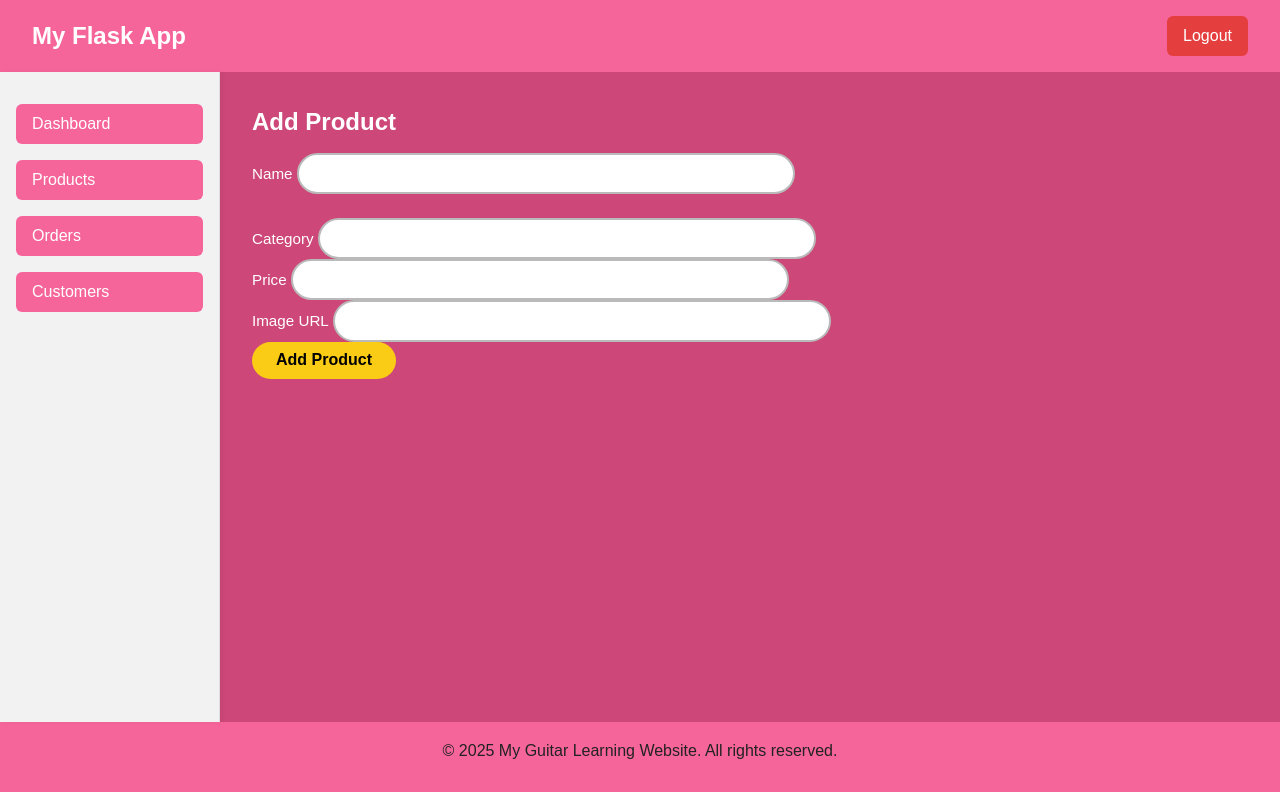
Repository: rywkoo/LearnGuitar
Page: templates/admin/addproduct.html
An editor plug-in stored every save of this project. The page is shown before and after the next save, followed by the edit.
The browser window is 1280 px wide. The pictures show the whole page.
The page is served by the project's application, run on Flask 3 (app.py). Other server files are loaded and not shown. The template is opened directly, without the code that normally fills it, so the values that code supplies are empty.

Above is the page before, as saved 2025-08-25 19:57:47.

### templates/admin/addproduct.html
{% extends "admin/admin_master.html" %}

{% block main_content %}


<div  class="container mt-2">
    <h2 style="color: white;">Add Product</h2>
    <form method="POST">
        <div class="mb-3">
            <label style="color: white;">Name</label>
            <input class="input" style="width: 50%;" type="text" name="name" class="form-control" required>
        </div>
    </br>
        <div class="mb-3">
            <label style="color: white;" >Category</label>
            <input class="input" style="width: 50%;" type="text" name="category" class="form-control" required>
        </div>
        <div class="mb-3">
            <label style="color: white;" >Price</label>
            <input class="input" style="width: 50%;" type="number" name="price" class="form-control" required>
        </div>
        <div class="mb-3">
            <label style="color: white;">Image URL</label>
            <input class="input" style="width: 50%;" type="text" name="image" class="form-control" required>
        </div>
        <button class="btn btn-primary" type="submit">Add Product</button>
    </form>
</div>
{% endblock %}

### templates/admin/admin_master.html
<!DOCTYPE html>
<html lang="en">
<head>
  <meta charset="UTF-8">
  <title>{% block title %}My Flask App{% endblock %}</title>
  {% include "css.html" %}
</head>
<body style="margin:0; font-family: sans-serif;">

  <!-- ===== Navbar ===== -->
  <nav style="padding: 1rem 2rem; display: flex; justify-content: space-between; align-items: center; background: #f6659a; color:white;">
    <div class="logo" style="font-weight: 700; font-size: 1.5rem;">My Flask App</div>
    <div class="nav-links" style="display: flex; gap:5px;">
      <a href="/logout" style="padding: 0.5rem 1rem; background: #e53e3e; color:white; border-radius: 6px; text-decoration:none;">Logout</a>
    </div>
  </nav>

  <!-- ===== Layout Wrapper ===== -->
  <div style="display: flex; min-height: calc(100vh - 70px);">

    <!-- ===== Sidebar ===== -->
    <aside style="
      width: 220px;
      background: #f2f2f2;
      padding: 2rem 1rem;
      border-right: 1px solid #ddd;
      box-shadow: 2px 0 6px rgba(0,0,0,0.05);
    ">
      <nav style="display: flex; flex-direction: column; gap: 1rem;">
        <a href="/admin" style="padding: 0.5rem 1rem; border-radius: 6px; background:#f6659a; color:white; text-decoration:none;">Dashboard</a>
        <a href="/admin/products" style="padding: 0.5rem 1rem; border-radius: 6px; background:#f6659a; color:white; text-decoration:none;">Products</a>
        <a href="/admin/orders" style="padding: 0.5rem 1rem; border-radius: 6px; background:#f6659a; color:white; text-decoration:none;">Orders</a>
        <a href="/admin/customers" style="padding: 0.5rem 1rem; border-radius: 6px; background:#f6659a; color:white; text-decoration:none;">Customers</a>
      </nav>
    </aside>

    <!-- ===== Main Content ===== -->
    <main style="flex: 1; padding: 2rem;">
      {% block main_content %}
      <!-- Page content will go here -->
      {% endblock %}
    </main>

  </div>

  <!-- ===== Footer ===== -->
  <footer style="text-align: center; padding: 1rem 1rem; background: #f6659a; color:white; border-top: 1px solid #f6659a;">
    <p>&copy; 2025 My Guitar Learning Website. All rights reserved.</p>
  </footer>

  {% include "script.html" %}

  <script src="https://unpkg.com/vue@3/dist/vue.global.js"></script>
</body>
</html>

### templates/css.html
<!-- css.html -->
<link rel="stylesheet" href="{{ url_for('static', filename='css/btn.css') }}">
<link rel="stylesheet" href="{{ url_for('static', filename='css/card.css') }}">
<link rel="stylesheet" href="{{ url_for('static', filename='css/input.css') }}">
<link rel="stylesheet" href="{{ url_for('static', filename='css/typography.css') }}">
<link rel="stylesheet" href="{{ url_for('static', filename='css/style.css') }}">
<link rel="stylesheet" href="{{ url_for('static', filename='css/animation.css') }}">
<link rel="stylesheet" href="{{ url_for('static', filename='css/lesson.css') }}">
<link rel="stylesheet" href="{{ url_for('static', filename='css/shop.css') }}">

### templates/script.html
<script src="https://cdn.jsdelivr.net/npm/sweetalert2@11"></script>
<script>
  // ===== Background Slider =====
  (function() {
    const bgSlider = document.querySelector('.hero-left .hero-bg-slider');
    if (!bgSlider) return; // Exit if element doesn't exist

    const images = [
      'https://www.uk-anime.net/images/bocchimain.png',
      'https://www.cnet.com/a/img/resize/3b4b3e192a9d75bd060ba4debe8d13a14caef990/hub/2024/07/06/b6981ace-771d-4971-8a9e-60e8c83bc66e/bocchi-the-rock-photo-1.jpg?auto=webp&fit=crop&height=900&width=1200',
      'https://www.uk-anime.net/images/bocchimain.png',
      'https://www.cnet.com/a/img/resize/3b4b3e192a9d75bd060ba4debe8d13a14caef990/hub/2024/07/06/b6981ace-771d-4971-8a9e-60e8c83bc66e/bocchi-the-rock-photo-1.jpg?auto=webp&fit=crop&height=900&width=1200'
    ];

    let current = 0;

    function changeBackground() {
      bgSlider.style.backgroundImage = `url(${images[current]})`;
      current = (current + 1) % images.length;
    }

    changeBackground();
    setInterval(changeBackground, 5000);
  })();
</script>

<script>
  // ===== Quantity Adjust =====
  function adjustQty(delta) {
    const input = document.getElementById('quantityInput');
    if (!input) return; // Exit if element doesn't exist

    let value = parseInt(input.value);
    if (!isNaN(value)) {
      input.value = Math.max(1, value + delta);
    }
  }
</script>

### app.py
from flask import Flask, render_template, request, redirect, url_for, flash, session, jsonify
from flask_mail import Mail, Message
import json
import requests
from datetime import date
from dotenv import load_dotenv
import os
from reportlab.lib.pagesizes import letter
from reportlab.pdfgen import canvas

app = Flask(__name__)
app.secret_key = "741e4fa4-f067-4aec-b48d-deb18e9cca92"

import route

@app.route("/components")
def components():
    return render_template("component.html")

if __name__ == "__main__":
    app.run(debug=True)

### static/css/btn.css
.btn {
  display: inline-block;
  padding: 0.6rem 1.5rem;
  border-radius: 9999px;  /* fully rounded */
  border: none;
  cursor: pointer;
  font-weight: 600;
  text-decoration: none;
  transition: background 0.2s, box-shadow 0.2s;
  font-size: 1rem;

  /* Add shadow */
/* flat shadow downwards */
}

/* Optional: hover effect (slightly stronger shadow) */
.btn:hover {
  box-shadow: 0 3px 0 #45454576;
}

/* Primary: Yellow bg, black text */
.btn-primary {
  background: #facc15;
  color: #000;
}

/* Secondary: Blue bg, white text */
.btn-secondary {
  background: #3b82f6;
  color: #fff;
}

/* Danger: Red bg, white text */
.btn-danger {
  background: #ef4444;
  color: #fff;
}

### static/css/card.css
/* ===== Base Card Component ===== */
.card {
  border-radius: 16px;       /* rounded corners */
  padding: 1.5rem;
  margin-bottom: 1.5rem;
  transition: box-shadow 0.3s, transform 0.2s;
  color: #111;               /* default text color */
  box-shadow: 0 4px 0 #888888; /* default flat shadow */
}

.card:hover {
  transform: translateY(-2px);
  box-shadow: 0 6px 0 #888888; /* slightly longer shadow on hover */
}

/* ===== Card Variants ===== */

/* Primary - Pink */
.card-pink {
  background: #f6659a;       /* light pink */
  box-shadow: 0 4px 0 #d35c7f;
}
.card-pink:hover {
  box-shadow: 0 6px 0 #af4d6b;
}

/* Secondary - Yellow */
.card-yellow {
  background: #facc15;       /* yellow */
  box-shadow: 0 4px 0 #d4a90f;
}
.card-yellow:hover {
  box-shadow: 0 6px 0 #e0b01a;
}

/* Danger/Accent - Blue */
.card-blue {
  background: #3b82f6;       /* blue */
  color: #fff;               /* white text for contrast */
  box-shadow: 0 4px 0 #2563eb;
}
.card-blue:hover {
  box-shadow: 0 6px 0 #1d4ed8;
}

/* Card header */
.card h2 {
  font-size: 1.25rem;
  margin-bottom: 0.8rem;
}

/* Card paragraph/text */
.card p {
  font-size: 1rem;
}

### static/css/input.css
/* ===== Input Fields ===== */
* {
  margin: 0;
  padding: 0;
  box-sizing: border-box; /* ensures padding is included in width */
}


.input {
  width: 100%;
  padding: 0.6rem 1rem;
  border: 2px solid #bababa;   /* gray border matching shadow */
  border-radius: 9999px;       /* fully rounded, like buttons */
  background: #ffffff;         /* very light pink background */
  font-size: 1rem;
  outline: none;
  transition: border-color 0.2s, box-shadow 0.2s;
  color: #111;                 /* dark text */
}

### static/css/typography.css
/* ===== Global Text Settings ===== */
body {
  font-family: 'Segoe UI', Tahoma, Geneva, Verdana, sans-serif;
  color: #111;       /* dark text for readability */
  line-height: 1.5;
  background: #fffafc; /* subtle light background */
}

/* ===== Headings ===== */
h1 {
  font-size: 2rem;
  font-weight: 700;
  margin-bottom: 1rem;
  color: #111;
}

h2 {
  font-size: 1.5rem;
  font-weight: 600;
  margin-bottom: 0.8rem;
  color: #111;
}

h3 {
  font-size: 1.25rem;
  font-weight: 500;
  margin-bottom: 0.6rem;
  color: #111;
}

/* ===== Paragraphs ===== */
p {
  font-size: 1rem;
  margin-bottom: 0.8rem;
  color: #222;  /* slightly lighter than headings */
}

/* ===== Labels ===== */
label {
  font-size: 0.95rem;
  font-weight: 500;
  color: #111;
}

/* ===== Links ===== */
a {
  text-decoration: none;
  transition: color 0.2s;
}

a:hover {
  text-decoration: none;
}

/* ===== Small Text ===== */
small {
  font-size: 0.85rem;
  color: #ffffff;
}

/* ===== Button Text ===== */
.btn {
  font-family: inherit; /* use same font as body */
  font-weight: 600;
  font-size: 1rem;
  text-align: center;
}

### static/css/style.css
body {
    background-color: #cd4778;
}

### static/css/animation.css

/* Animate background position horizontally */
@keyframes slideBg {
  0% { background-position: 0% center; }
  25% { background-position: 100% center; }
  50% { background-position: 200% center; }
  75% { background-position: 300% center; }
  100% { background-position: 400% center; }
}

### static/css/lesson.css
/* ===== Lesson Cards ===== */
.lesson-card {
  display: flex;
  align-items: center;
  gap: 1rem;
  padding: 1rem 1.5rem;
  border-radius: 16px;
  box-shadow: 0 4px 0 #888888; /* flat shadow downward */
  background: #fff;
  transition: transform 0.2s, box-shadow 0.2s;
}

.lesson-card:hover {
  transform: translateY(-3px);
  box-shadow: 0 6px 0 #666666;
}

/* Lesson image on the left */
.lesson-image img {
  width: 100px;
  height: 100px;
  object-fit: cover;
  border-radius: 8px;
}

/* Title in the middle */
.lesson-title {
  flex: 1;
  font-size: 1.2rem;
  color: #111;
}

/* Button on the right */
.lesson-action .btn {
  padding: 0.5rem 1.2rem;
  font-size: 1rem;
}

/* Optional: responsive for small screens */
@media (max-width: 600px) {
  .lesson-card {
    flex-direction: column;
    align-items: flex-start;
  }
  .lesson-action {
    width: 100%;
    margin-top: 0.5rem;
  }
}

### static/css/shop.css
/* ===== Shop Container ===== */
.shop-container {
  display: flex;
  gap: 2rem;
  padding: 2rem;
  max-width: 100vw;    /* use full viewport width */
  margin: 0 auto;      /* center horizontally */
  box-sizing: border-box;
}

/* ===== Shop Sidebar ===== */
.shop-sidebar {
  width: 250px;              /* fixed width */
  flex-shrink: 0;            /* don't shrink */
  background: #f5f5f5;       /* light gray background */
  padding: 1.5rem;
  border-radius: 16px;
  box-shadow: 0 4px 0 #ccc;  /* flat shadow downward */
  display: flex;
  flex-direction: column;
  gap: 1.5rem;
  position: sticky;
  top: 1rem;                 /* stick to top when scrolling */
  height: fit-content;
}

/* Sidebar headings */
.shop-sidebar h3 {
  font-size: 1.1rem;
  font-weight: 600;
  color: #111;
  margin-bottom: 0.5rem;
}

/* Inputs inside sidebar */
.shop-sidebar input[type="text"],
.shop-sidebar input[type="checkbox"] {
  margin-bottom: 0.5rem;
}

/* Checkbox labels */
.shop-sidebar label {
  display: flex;
  align-items: center;
  gap: 0.5rem;
  font-size: 0.9rem;
  color: #111;
  cursor: pointer;
}

/* Filter button */
.shop-sidebar .btn-filter {
  background: #3b82f6;       /* blue button */
  color: #fff;
  padding: 0.6rem 1rem;
  border-radius: 12px;
  font-weight: 600;
  border: none;
  cursor: pointer;
  transition: background 0.2s, box-shadow 0.2s;
}

.shop-sidebar .btn-filter:hover {
  background: #2563eb;
  box-shadow: 0 3px 0 #666;
}

/* ===== Shop Products Grid ===== */
.shop-products {
  display: grid;
  grid-template-columns: repeat(auto-fill, minmax(250px, 1fr));
  gap: 1rem;
  flex: 1; /* take remaining space next to sidebar */
}

/* ===== Shop / Instrument Card ===== */
.shop-card {
  display: flex;
  flex-direction: column;
  align-items: center;
  gap: 0.5rem;
  padding: 1rem;
  border-radius: 16px;
  box-shadow: 0 4px 0 #888888; /* flat shadow downward */
  background: #fff;
  transition: transform 0.2s, box-shadow 0.2s;
}

.shop-card:hover {
  transform: translateY(-3px);
  box-shadow: 0 6px 0 #666666;
}

/* Category badge */
.shop-card .shop-category {
  padding: 0.2rem 0.6rem;
  border-radius: 12px;
  background-color: #facc15; /* yellow badge */
  color: #111;
  font-size: 0.8rem;
  font-weight: 600;
  text-transform: uppercase;
}

/* Instrument image */
.shop-card img {
  width: 100%;
  aspect-ratio: 1 / 1; /* keep square */
  object-fit: cover;
  border-radius: 12px;
}

/* Instrument title */
.shop-card .shop-title {
  font-size: 1.1rem;
  font-weight: 600;
  text-align: center;
  color: #111;
}

/* Price */
.shop-card .shop-price {
  font-size: 1rem;
  font-weight: 500;
  color: #444;
}

/* Add to Cart button */
.shop-card .btn-add {
  padding: 0.5rem 1rem;
  margin-top: 0.5rem;
  width: 100%;
  text-align: center;
  border-radius: 12px;
}

/* ===== Responsive adjustments ===== */
@media (max-width: 900px) {
  .shop-container {
    flex-direction: column;
  }

  .shop-sidebar {
    width: 100%;
    position: relative;
    top: auto;
    box-shadow: none;
    border-radius: 0;
    padding: 1rem 0;
  }

  .shop-products {
    grid-template-columns: repeat(auto-fill, minmax(200px, 1fr));
  }
}

@media (max-width: 600px) {
  .shop-products {
    grid-template-columns: 1fr;
  }
}

After the next save:
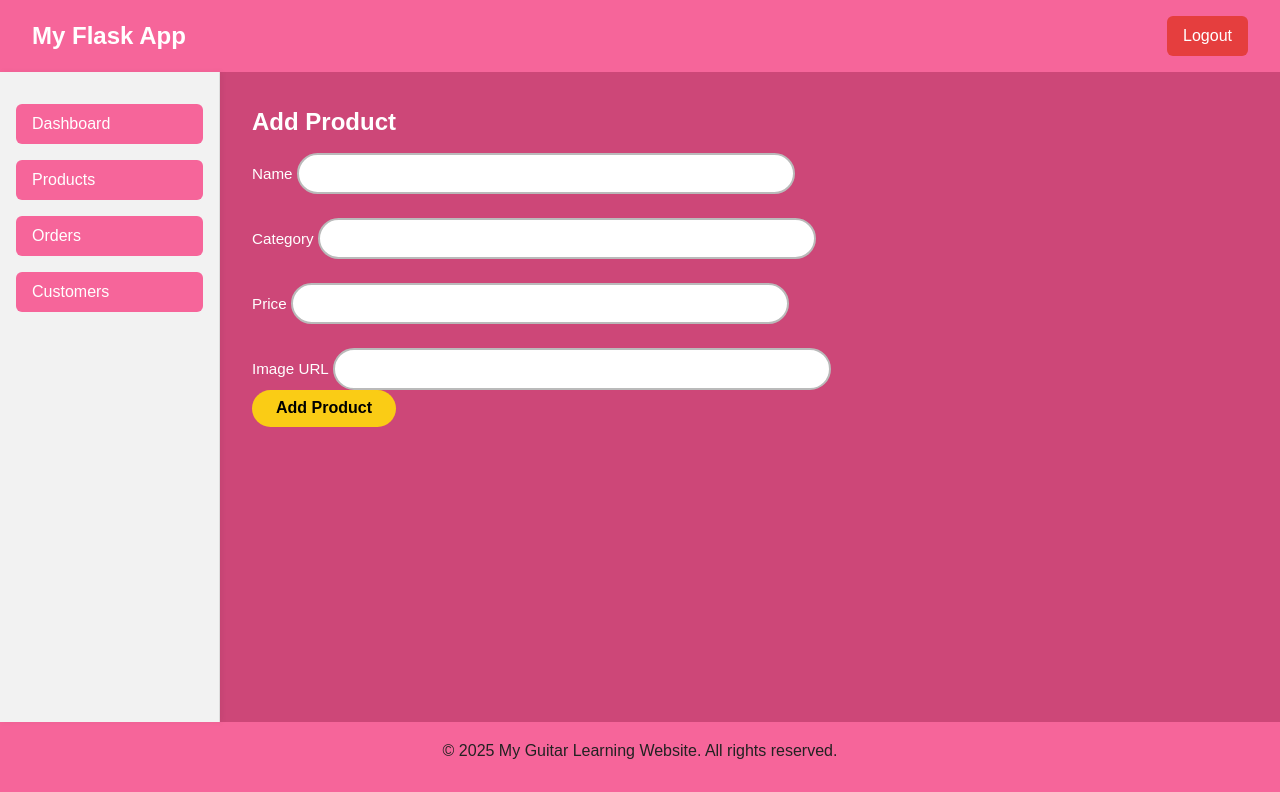
Saved 18 s later.
--- a/templates/admin/addproduct.html
+++ b/templates/admin/addproduct.html
@@ -15,10 +15,12 @@
             <label style="color: white;" >Category</label>
             <input class="input" style="width: 50%;" type="text" name="category" class="form-control" required>
         </div>
+        </br>
         <div class="mb-3">
             <label style="color: white;" >Price</label>
             <input class="input" style="width: 50%;" type="number" name="price" class="form-control" required>
         </div>
+        </br>
         <div class="mb-3">
             <label style="color: white;">Image URL</label>
             <input class="input" style="width: 50%;" type="text" name="image" class="form-control" required>
